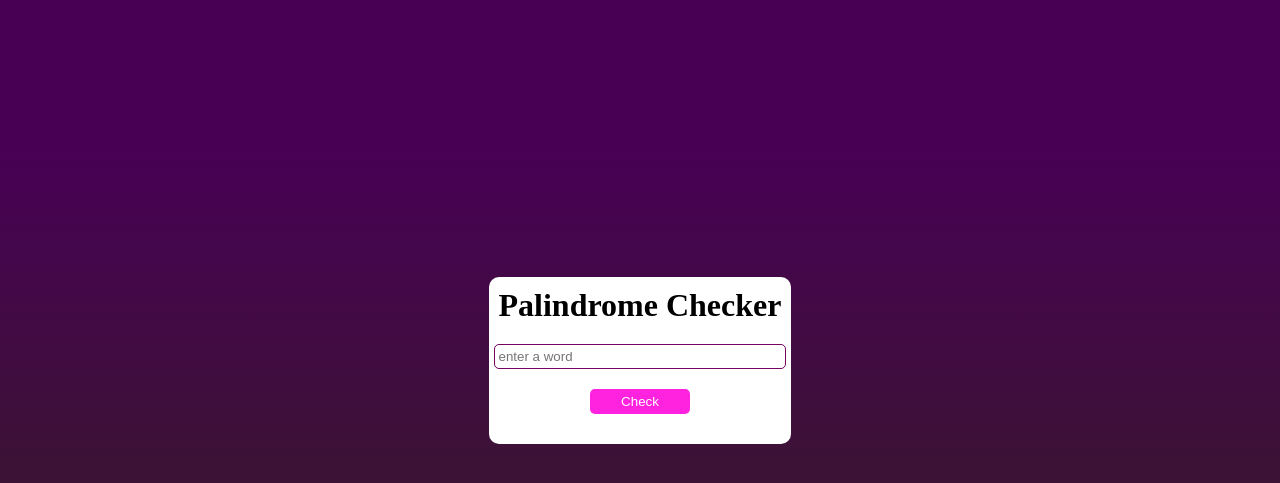
Repository: albinsabu2023/palindromeChecker
Page: index.html
These files come from the project's save history. The page is drawn as it stood at one moment and after the next save; the edit follows.
The browser window is 1280 px wide. The pictures show the whole page.
The pointer rests on the first visible `.container button`.

Above is the page before, as saved 2023-09-12 01:22:06.

### index.html
<!DOCTYPE html>
<html lang="en">
<head>
    <meta charset="UTF-8">
    <meta name="viewport" content="width=device-width, initial-scale=1.0">
    <title>Document</title>
    <link rel="stylesheet" href="style.css">
</head>
<body>
    <div class="container">
        <h1>Palindrome Checker</h1>
        <input type="text" id="inputText" placeholder="enter a word">
        <button id="checkButton">Check</button>
        <div id="result">

        </div>
    </div>
    <script src="home.js"></script>
</body>
</html>

### style.css
*{
    margin:0;

}
body{
    display: flex;
    align-items: center;
    justify-content: center;
    height: 100vh;
    background:linear-gradient(rgb(72, 0, 85) 20%, rgb(58, 22, 48) 74%) ;
}
.container{
    padding: 10px;
    margin: 10px;
    background-color: white;
    border-radius: 10px;
    display: flex;
    flex-direction: column ;
    align-items: center;
    justify-content: center;
    gap: 20px;
}
.container input{
    border:1px solid rgb(117, 3, 100);
    border-radius: 5px;
    padding: 4px;
    width: 100%;
}
.container input:focus{
    outline: none;
}
.container button{
    border: none;
    background-color: rgb(255, 34, 222);
    padding: 5px;
    width: 100px;
    border-radius: 5px;
    color: white;



}

Loaded but not shown: home.js (no copy from this time; the picture is the same without it)

After the next save:
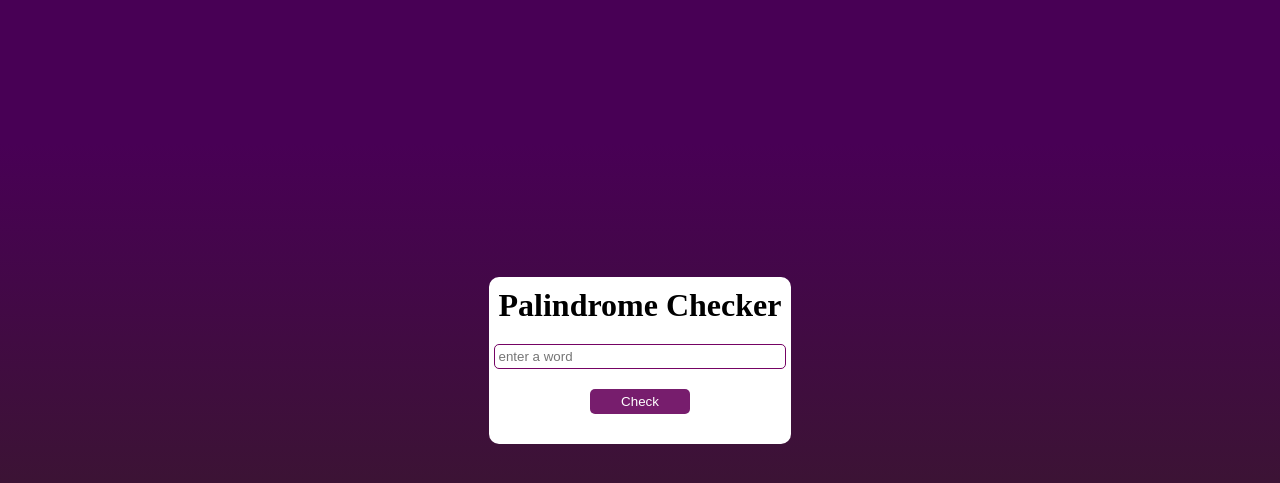
Saved 28 s later.
--- a/style.css
+++ b/style.css
@@ -40,3 +40,6 @@ body{
 
 
 }
+.container button:hover{
+    background-color: rgb(119, 29, 109);
+}
